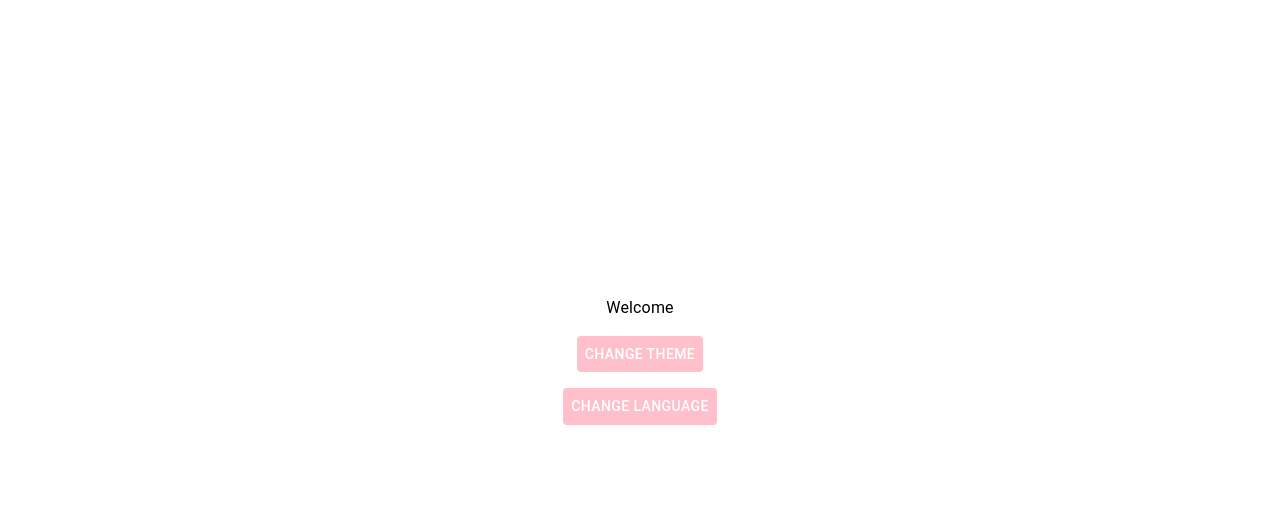
Repository: savannaaaas/contextLanguageTheme
Page: /
An editor plug-in stored every save of this project. The page is shown before and after the next save, followed by the edit.
The browser window is 1280 px wide. The pictures show the whole page.
The project was rebuilt for these pictures with package versions that can differ from the ones it lists, and the page was loaded fresh each time. Also part of the build but not shown: vite.config.js.

Above is the page before, as saved 2025-07-11 17:35:25.

After the next save:
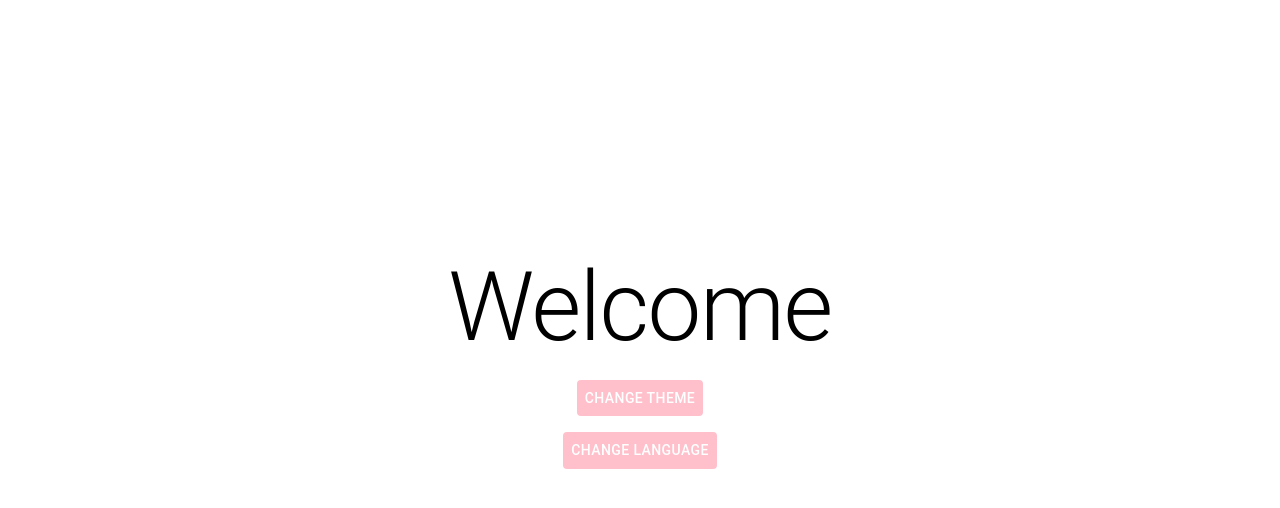
Saved 2 min 14 s later.
--- a/src/components/Header.jsx
+++ b/src/components/Header.jsx
@@ -16,5 +16,5 @@ import { translations } from "../App";
 export const Header = () => {
   const { theme } = useContext(ThemeContext);
   const { language } = useContext(LanguageContext);
-  return <Typography>{translations[language].welcome}</Typography>;
+  return <Typography variant="h1">{translations[language].welcome}</Typography>;
 };
